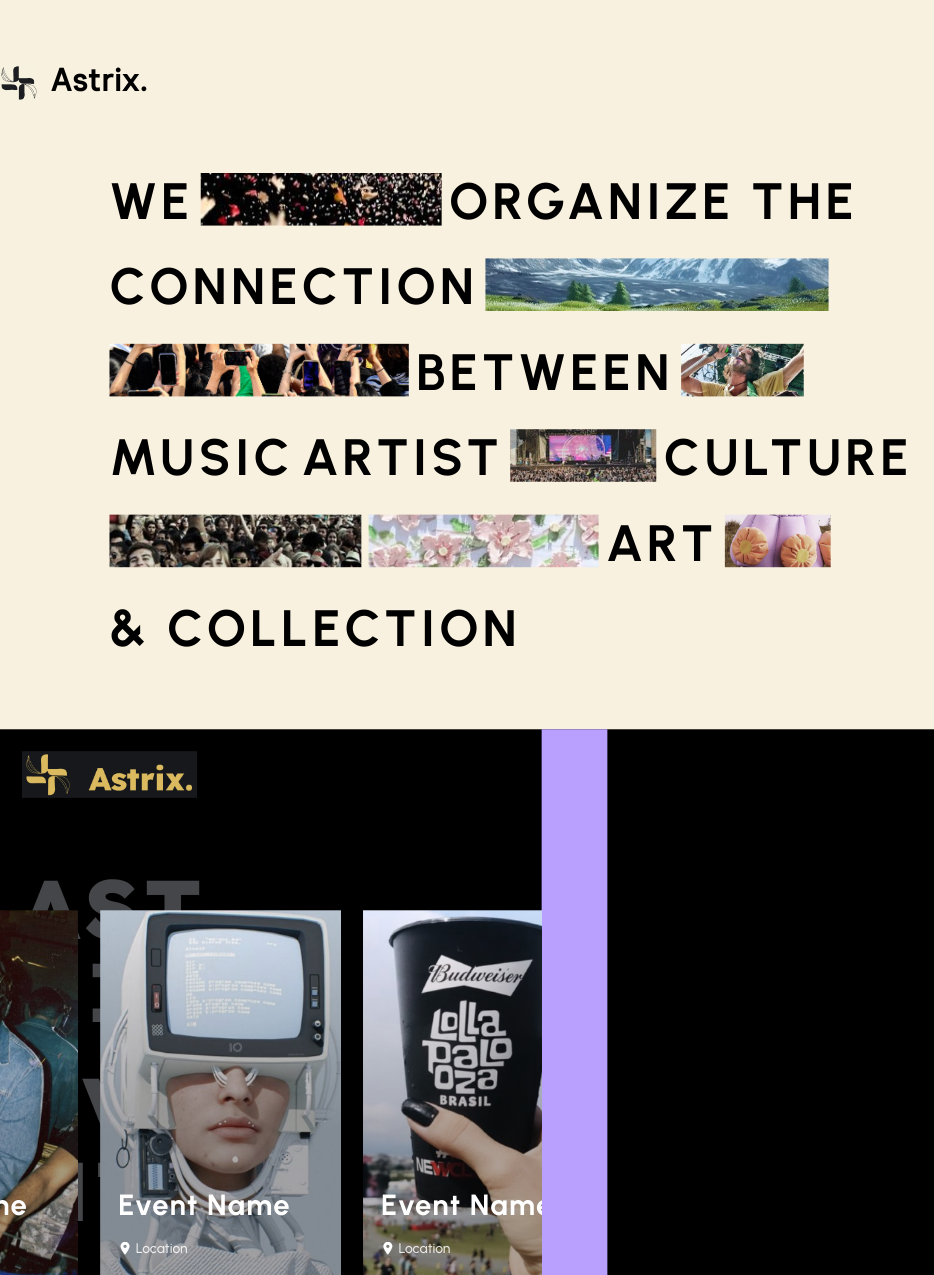
Repository: sharma171/astrix
Page: /
These files come from the project's save history. The page is drawn as it stood at one moment and after the next save; the edit follows.
The browser window is 1280 px wide. The pictures show the whole page, at 73% of full size.
The project was rebuilt for these pictures with package versions that can differ from the ones it lists, and the page was loaded fresh each time.

Above is the page before, as saved 2024-05-20 15:20:29.

### src/index.jsx
import React from 'react';
import ReactDOM from 'react-dom/client';
// import './index.css';
import App from './App';
import reportWebVitals from './reportWebVitals';

const root = ReactDOM.createRoot(document.getElementById('root'));
root.render(
  // <React.StrictMode>
    <App />
  // </React.StrictMode>
);

// If you want to start measuring performance in your app, pass a function
// to log results (for example: reportWebVitals(console.log))
// or send to an analytics endpoint. Learn more: https://bit.ly/CRA-vitals
reportWebVitals();

### src/App.jsx
import React from "react";
import { BrowserRouter as Router, Route, Routes } from "react-router-dom";
import Home from "./Home";
import "./component/main.css";
//fonts
import "./fonts/FUTURA45LIGHT.TTF";
import "./fonts/FUTURA55REGULAR.TTF";
import "./fonts/FUTURA65MEDIUM.TTF";
import "./fonts/FUTURA75BOLD.TTF";

function App() {
  return (
    <div>
      <Router>
        <Routes>
          <Route path="/" element={<Home/>} />
        </Routes>
      </Router>
    </div>
  );
}
export default App;

### src/Home.jsx
import React, { useState } from 'react';
import Hero from "./component/hero";
import HomeSection from './component/homesection';
const Home = () => {
    const [heroActive, setHeroActive] = useState(false);
    const handleActive = () => {
        setHeroActive(!heroActive);
    }
    return(
        <div>
            <div className={`floating-hero ${heroActive ? 'active' : ''}`} onClick={handleActive}>
                <Hero />
            </div>
            <div className="homesection">
                <HomeSection />
            </div>
        </div>
    );
}
export default Home;

### src/component/main.css
@import url('https://fonts.googleapis.com/css2?family=Urbanist:ital,wght@0,100..900;1,100..900&display=swap');

@font-face {
    font-family: "sebino";
    src: local("sebino"),
     url("../fonts/Sebino-Regular.ttf") format("truetype");
    font-weight: 500;
}
@font-face {
    font-family: "futuralight";
    src: local("futuralight"),
     url("../fonts/FUTURA45LIGHT.TTF") format("truetype");
    font-weight: light;
}
@font-face {
    font-family: "futuraregular";
    src: local("futuraregular"),
     url("../fonts/FUTURA55REGULAR.TTF") format("truetype");
    font-weight: regular;
}
@font-face {
    font-family: "futuramedium";
    src: local("futuramedium"),
     url("../fonts/FUTURA65MEDIUM.TTF") format("truetype");
    font-weight: medium;
}
@font-face {
    font-family: "futurabold";
    src: local("futurabold"),
     url("../fonts/FUTURA75BOLD.TTF") format("truetype");
    font-weight: bold;
}

*{
    padding: 0;
    margin: 0;
}
* a{
    text-decoration: none;
}
* .row-flex {
    display: flex;
    flex-direction: row;
}
* .col-flex {
    display: flex;
    flex-direction: column;
}
* .container {
    width: 100%;
    max-width: 1380px;
    margin: 0 auto;
}
* .bigcontainer {
    width: 100%;
    max-width: 1520px;
    margin: 0 auto;
}
#root {
    background: #000;
    min-height: 100vh;
}

### src/component/hero.jsx
import React from "react";
import Header from "./header";
import "./hero-overlay/css/hero.css";
import ImageOne from "./hero-overlay/images/heroimage1.jpeg";
import ImageTwo from "./hero-overlay/images/heroimage2.jpeg";
import ImageThree from "./hero-overlay/images/heroimage3.jpg";
import ImageFour from "./hero-overlay/images/heroimage4.png";
import ImageFive from "./hero-overlay/images/heroimage5.png";
import ImageSix from "./hero-overlay/images/heroimag6.png";
import ImageSeven from "./hero-overlay/images/heroimage7.png";
import ImageEight from "./hero-overlay/images/heroimage8.png";
const Hero = () => {
    return(
        <>
            <Header />
            <div className={`container`} >
                <div className={`hero-anim row-flex`}>
                    <h3 className="hero-text">WE</h3>
                    <img className="hero-image" src={ImageOne} alt="" />
                    <h3 className="hero-text">ORGANIZE THE</h3>
                    <h3 className="hero-text">CONNECTION</h3>
                    <img className="hero-image" src={ImageTwo} alt="" />
                    <img className="hero-image" src={ImageThree} alt="" />
                    <h3 className="hero-text">BETWEEN</h3>
                    <img className="hero-image" src={ImageFour} alt="" />
                    <h3 className="hero-text">MUSIC</h3>
                    <h3 className="hero-text">ARTIST</h3>
                    <img className="hero-image" src={ImageFive} alt="" />
                    <h3 className="hero-text">CULTURE</h3>
                    <img className="hero-image" src={ImageSix} alt="" />
                    <img className="hero-image" src={ImageSeven} alt="" />
                    <h3 className="hero-text">ART</h3>
                    <img className="hero-image" src={ImageEight} alt="" />
                    <h3 className="hero-text">& COLLECTION</h3>
                </div>
            </div>
        </>
    );
}
export default Hero;

### src/component/homesection.js
import React from "react";
import "./home.css";
import AstrixIcon from "./images/asterlogo.png";
import CarImage1 from "./images/car-image.png";
import CarImage2 from "./images/car-image2.png";
import CarImage3 from "./images/car-image3.png";
import CarImage4 from "./images/car-image4.png";
import LocationIcon from "./images/location.svg";


const HomeSection = () => {
    return(
        <>
            <div className="bigcontainer">
                <div className="row-flex">
                    <div className="col-flex car-row-col">
                        <div className="row-flex car-row-row">
                            <div className="car-col">
                                <div className="homebrand">
                                    <img src={AstrixIcon} alt="" />
                                </div>
                                <div className="carousel-inner">
                                    <span className="one">AST<br></br>RIX</span>
                                    <span className="two">EVE<br></br>NTS</span>
                                    <div className="carousel-box">
                                        <div className="car-item">
                                            <img src={CarImage1} alt="carousel" className="carimg" />
                                            <div className="overlay col-flex">
                                                <h3 className="eventname">Event Name</h3>
                                                <div className="location row-flex">
                                                    <img src={LocationIcon} alt="" className="icon" />
                                                    <span>Location</span>
                                                </div>
                                            </div>
                                        </div>
                                        <div className="car-item">
                                            <img src={CarImage2} alt="carousel" className="carimg" />
                                            <div className="overlay col-flex">
                                                <h3 className="eventname">Event Name</h3>
                                                <div className="location row-flex">
                                                    <img src={LocationIcon} alt="" className="icon" />
                                                    <span>Location</span>
                                                </div>
                                            </div>
                                        </div>
                                        <div className="car-item">
                                            <img src={CarImage3} alt="carousel" className="carimg" />
                                            <div className="overlay col-flex">
                                                <h3 className="eventname">Event Name</h3>
                                                <div className="location row-flex">
                                                    <img src={LocationIcon} alt="" className="icon" />
                                                    <span>Location</span>
                                                </div>
                                            </div>
                                        </div>
                                        <div className="car-item">
                                            <img src={CarImage4} alt="carousel" className="carimg" />
                                            <div className="overlay col-flex">
                                                <h3 className="eventname">Event Name</h3>
                                                <div className="location row-flex">
                                                    <img src={LocationIcon} alt="" className="icon" />
                                                    <span>Location</span>
                                                </div>
                                            </div>
                                        </div>
                                    </div>
                                </div>
                            </div>
                            <div className="tick-col"></div>
                        </div>
                    </div>
                    <div className="col-flex evnt-col">

                    </div>
                </div>
            </div>
        </>
    );
}
export default HomeSection;

### src/component/header.jsx
import React from 'react';
import { Link } from 'react-router-dom';
import "./hero-overlay/css/header.css"
import HeroLogo from './hero-overlay/images/png logo.png';

const Header = () => {
    return(
        <div className="ov-header">
            <div className="container">
                <div className="navmenu">
                    <Link to="#" className="row-flex">
                        <img
                            src={HeroLogo}
                            alt="Asterix-logo"
                            className="brand-logo"
                        />
                        <h1 className='brand-name'>Astrix.</h1>
                    </Link>
                </div>
            </div>
        </div>
    )
}

export default Header;

### src/component/hero-overlay/css/hero.css
.floating-hero {
    background: #f8f1df;
    min-height: 100vh;
    transition: all 2s;
    cursor: pointer;
    display: block;
    position: static;
    width: 100%;
    transition: all 3s ease-in-out;
    top: 0;
}
.floating-hero.active {
    display: block;
    position: fixed;
    top: -500%;
    left: 0;
}
.floating-hero .navmenu{
    padding-top: 90px;
}

.floating-hero .hero-anim {
    flex-wrap: wrap;
    row-gap: 40px;
    column-gap: 10px;
    padding-left: 150px;
    padding-top: 100px;
    padding-bottom: 100px;
}

.floating-hero .hero-anim .hero-image {
    max-height: 72px;
    object-fit: cover;
}
.floating-hero .hero-anim .hero-text {
    font-family: "Urbanist", sans-serif;
    font-size: 70px;
    letter-spacing: 6px;
    line-height: 1.1;
    font-weight: 700;
    color: #000;
}
.floating-hero .hero-anim .hero-image:nth-child(2) {
    animation-name: hero-first;
    animation-duration: 9s;
    animation-timing-function: ease-in-out;
    animation-iteration-count: infinite;
    animation-delay: 2s;
    width: 450px;
}
.floating-hero .hero-anim .hero-image:nth-child(5) {
    animation-name: hero-second;
    animation-duration: 9s;
    animation-timing-function: ease-in-out;
    animation-iteration-count: infinite;
    animation-delay: 2s;
    width: 620px;
}
.floating-hero .hero-anim .hero-image:nth-child(6) {
    animation-name: hero-third;
    animation-duration: 9s;
    animation-timing-function: ease-in-out;
    animation-iteration-count: infinite;
    animation-delay: 2s;
    width: 340px;
}
.floating-hero .hero-anim .hero-image:nth-child(11) {
    animation-name: hero-four;
    animation-duration: 9s;
    animation-timing-function: ease-in-out;
    animation-iteration-count: infinite;
    animation-delay: 2s;
    width: 300px;
}
.floating-hero .hero-anim .hero-image:nth-child(13) {
    animation-name: hero-fifth;
    animation-duration: 9s;
    animation-timing-function: ease-in-out;
    animation-iteration-count: infinite;
    animation-delay: 2s;
    width: 190px;
}
.floating-hero .hero-anim .hero-image:nth-child(14) {
    animation-name: hero-sixth;
    animation-duration: 9s;
    animation-timing-function: ease-in-out;
    animation-iteration-count: infinite;
    animation-delay: 2s;
    width: 255px;
}
@keyframes hero-first {
    0% {
        width: 450px;
    }
    25% {
        width: 330px;
    }
    50% {
        width: 330px;
    }
    75% {
        width: 450px;
    }
    100% {
        width: 450px;
    }
}
@keyframes hero-second {
    0% {
        width: 620px;
    }
    25% {
        width: 470px;
    }
    50% {
        width: 470px;
    }
    75% {
        width: 620px;
    }
    100% {
        width: 620px;
    }
}
@keyframes hero-third {
    0% {
        width: 340px;
    }
    25% {
        width: 410px;
    }
    50% {
        width: 410px;
    }
    75% {
        width: 340px;
    }
    100% {
        width: 340px;
    }
}
@keyframes hero-four {
    0% {
        width: 300px;
    }
    25% {
        width: 200px;
    }
    50% {
        width: 200px;
    }
    75% {
        width: 300px;
    }
    100% {
        width: 300px;
    }
}
@keyframes hero-fifth {
    0% {
        width: 190px;
    }
    25% {
        width: 345px;
    }
    50% {
        width: 345px;
    }
    75% {
        width: 190px;
    }
    100% {
        width: 190px;
    }
}
@keyframes hero-sixth {
    0% {
        width: 255px;
    }
    25% {
        width: 315px;
    }
    50% {
        width: 315px;
    }
    75% {
        width: 255px;
    }
    100% {
        width: 255px;
    }
}

### src/component/home.css
@import url('https://fonts.googleapis.com/css2?family=Lexend:wght@100..900&family=Roboto+Slab:wght@100..900&display=swap');

/* Carousel columns */


.homesection .car-row-col {
    width: 65%;
}
.homesection .car-row-row {
    flex-wrap: nowrap;
    width: 100%;
}
.homesection .car-col {
    width: calc(100% - 90px);
}
.homesection .tick-col {
    width: 90px;
    background: #b9a0fe;
}
.homesection .car-col .homebrand {
    margin-top: 30px;
    margin-left: 30px;
}
.homesection .car-col .homebrand img{
    width: 240px;
}

.homesection .car-col .carousel-inner {
    position: relative;
    margin: 90px 0 0 0;
}

.homesection .car-col .carousel-inner .one {
    position: absolute;
    top: 0;
    color: #45464a;
    font-family: "Lexend", sans-serif;
    font-size: 114px;
    line-height: 1;
    font-weight: 800;
    letter-spacing: 8px;
    margin-left: 30px;
    z-index: 1;
}
.homesection .car-col .carousel-inner .two {
    position: absolute;
    bottom: 60px;
    color: #45464a;
    font-family: "Lexend", sans-serif;
    font-size: 114px;
    line-height: 1;
    font-weight: 800;
    letter-spacing: 8px;
    margin-left: 30px;
    z-index: 1;
}
.homesection .car-col .carousel-inner .carousel-box {
    z-index: 10;
    position: relative;
    padding-top: 60px;
    padding-left: 28%;
    gap: 30px;
    display: flex;
    flex-direction: row;
    overflow: hidden;
}
.homesection .car-col .carousel-inner .carousel-box .car-item {
    height: 500px;
    width: 330px;
    max-height: 500px;
    max-width: 330px;
    position: relative;
    animation-name: carousel;
    animation-delay: 2s;
    animation-duration: 10s;
    animation-iteration-count:infinite;
    animation-timing-function: ease-in-out;
}
@keyframes carousel {
    0% {
        transform: translate(0%);
    }
    10% {
        transform: translate(-80%);
    }
    13.5% {
        transform: translate(-75%);
    }
    33.5% {
        transform: translate(-75%);
    }
    43.5% {
        transform: translate(-190%);
    }
    47.0% {
        transform: translate(-184%);
    }
    67.0% {
        transform: translate(-184%);
    }
    87% {
        transform: translate(-300%);
    }
    90% {
        transform: translate(-294%);
    }
    100% {
        transform: translate(-294%);
    }
}

.homesection .car-col .carousel-inner .carousel-box .car-item .carimg {
    height: 500px;
    width: 330px;
    max-height: 500px;
    max-width: 330px;
    object-fit: cover;
}

.homesection .car-col .carousel-inner .carousel-box .car-item .overlay {
    position: absolute;
    top: 0;
    left: 0;
    width: 100%;
    height: 100%;
    display: flex;
    justify-content: flex-end;
    align-items: flex-start;
    color: #fff;
    font-family: "Urbanist", sans-serif;
    background: linear-gradient(0deg, rgb(0 0 0 / 29%) 40%, rgb(0 0 0 / 0%) 100%);
}

.homesection .car-col .carousel-inner .carousel-box .car-item .overlay .eventname {
    font-size: 40px;
    font-weight: 700;
    line-height: 1;
    margin: 25px 25px 30px 25px;
    letter-spacing: 1.7px;
}
.homesection .car-col .carousel-inner .carousel-box .car-item .overlay .location {
    margin: 0px 25px 25px 25px;
    gap: 6px
}
.homesection .car-col .carousel-inner .carousel-box .car-item .overlay .location .icon {
    width: 18px;
    height: 18px;
}
.homesection .car-col .carousel-inner .carousel-box .car-item .overlay .location span {
    font-size: 19px;
    font-weight: 500;
    line-height: 1.1;
    color: #ffffffd6;
}


/* //Event columns */
.homesection .evnt-col{
    width: 35%;
}

### src/component/hero-overlay/css/header.css
.ov-header .navmenu .brand-logo {
    width: 50px;
    height: auto;
}
.ov-header .brand-name {
    font-family: "sebino";
    color: black;
    font-size: 43px;
    line-height: 0.8;
    align-self: center;
    margin-left: 20px;
    letter-spacing: 1.5px;
}

Loaded but not shown: public/index.html (common file); src/reportWebVitals.js (common file)

After the next save:
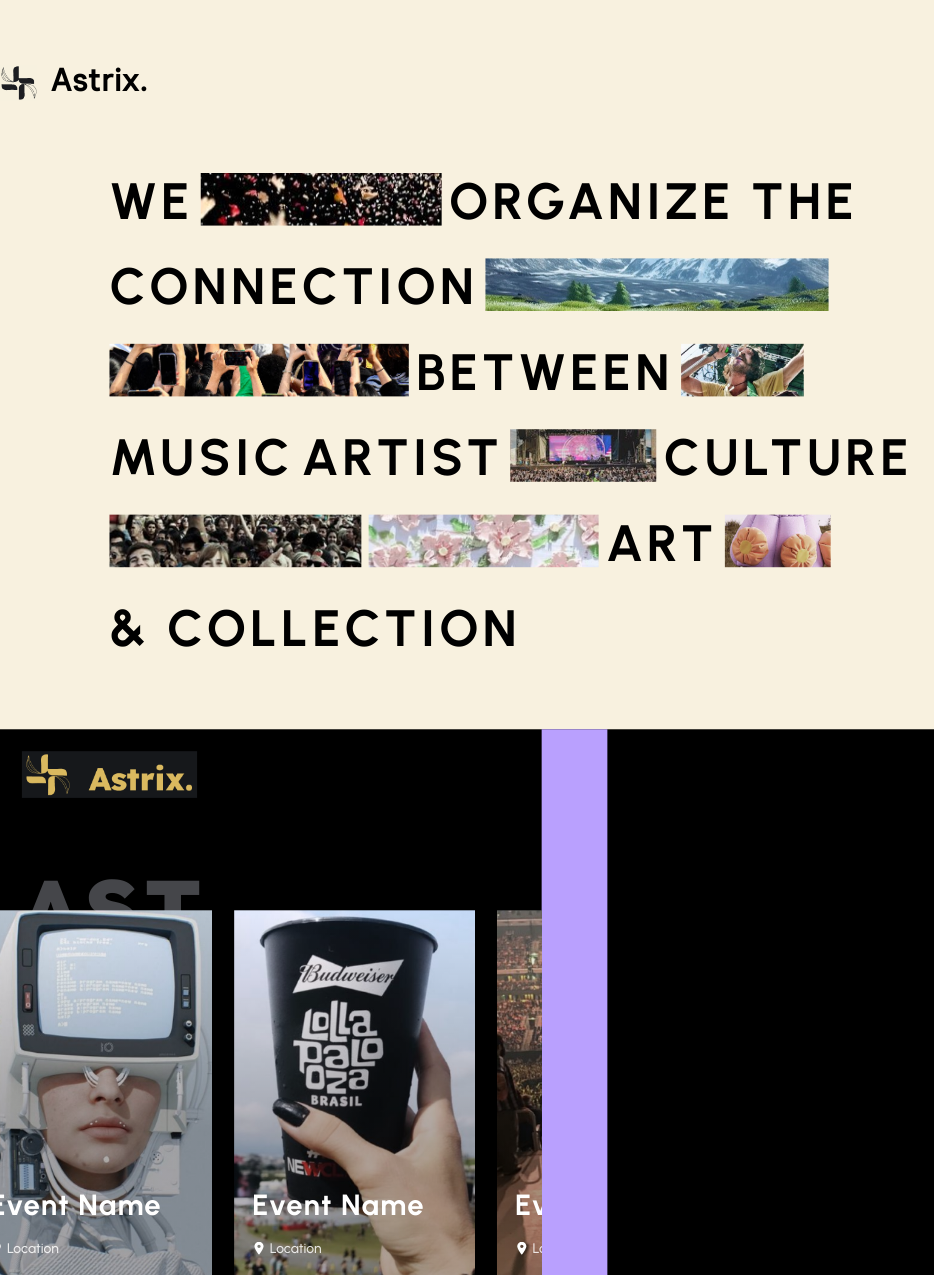
Saved 15 s later.
--- a/src/component/home.css
+++ b/src/component/home.css
@@ -71,7 +71,7 @@
     max-width: 330px;
     position: relative;
     animation-name: carousel;
-    animation-delay: 2s;
+    animation-delay: 0s;
     animation-duration: 10s;
     animation-iteration-count:infinite;
     animation-timing-function: ease-in-out;
